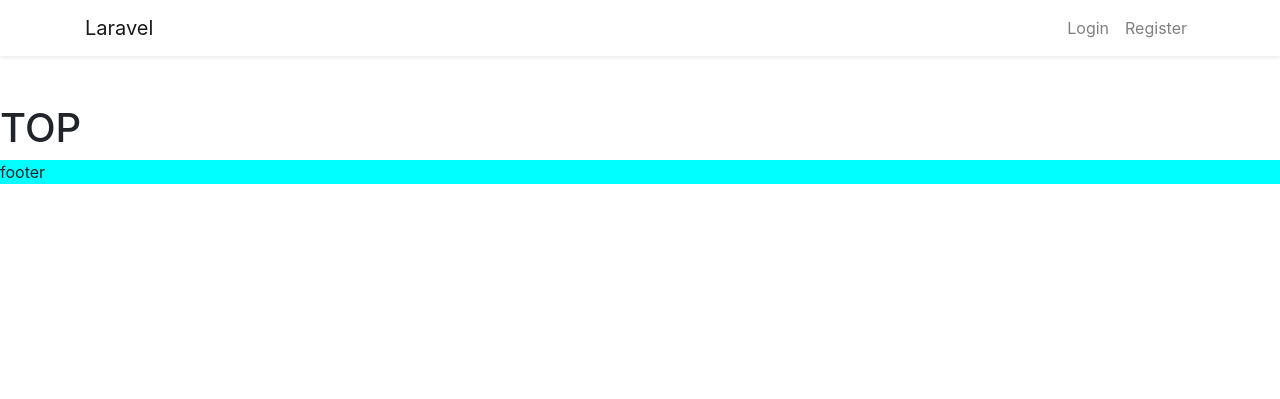
Repository: mee08/original
Page: http://localhost/
The author's editor kept a copy of each file at every save. The page is drawn from the files as they stood at one save, then again after a run of saves.
The browser window is 1280 px wide. The pictures show the whole page.
The page is served by the project's Laravel application, run on PHP 8.4 with Laravel 8.

Above is the page before, as saved 2021-10-07 22:05:15.

After the next 2 saves:
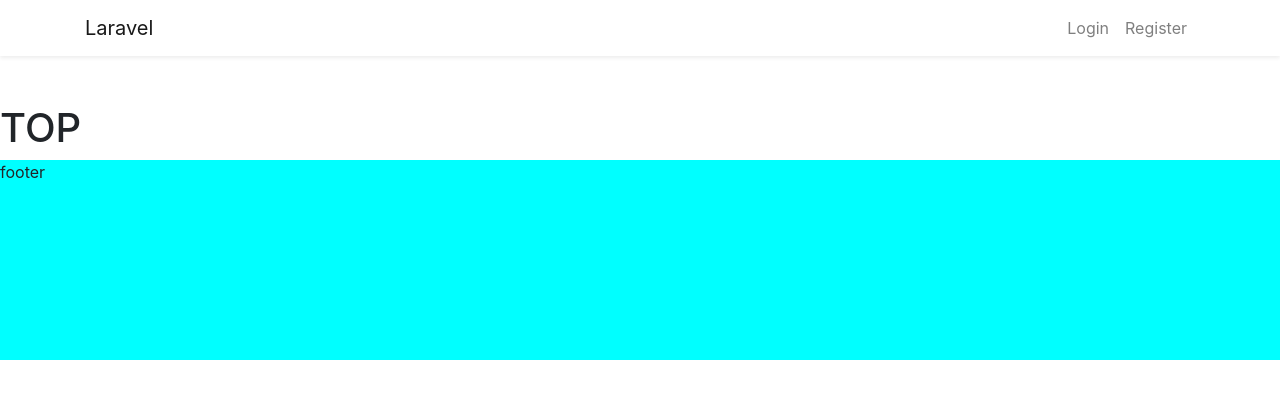
The 2 saves are shown as one change because they came seconds apart.
The last was saved 26 s later.
--- a/resources/views/layouts/footer.blade.php
+++ b/resources/views/layouts/footer.blade.php
@@ -1,3 +1,3 @@
-<div style="background-color: aqua; width:100%;">
+<div style="background-color: aqua; width:100%;height:200px;">
     footer
 </div>
